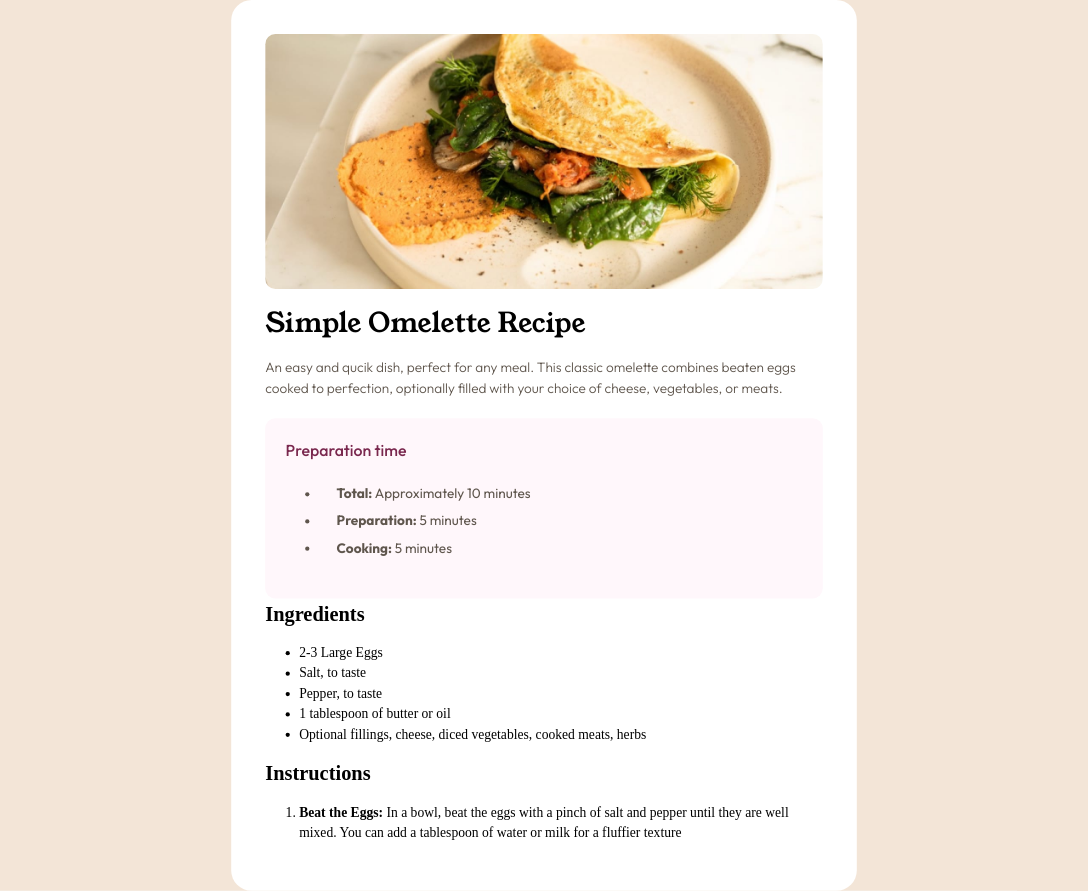
Repository: brandontaylor1/recipe-page
Page: index.html
An editor plug-in stored every save of this project. The page is shown before and after the next save, followed by the edit.
The browser window is 1280 px wide. The pictures show the whole page, at 85% of full size.

Above is the page before, as saved 2024-12-28 22:22:34.

### index.html
<!DOCTYPE html>
<html lang="en">
<head>
    <meta charset="UTF-8">
    <meta name="viewport" content="width=device-width, initial-scale=1.0">
    <link rel="preconnect" href="https://fonts.googleapis.com">
    <link rel="preconnect" href="https://fonts.gstatic.com" crossorigin>
    <link href="https://fonts.googleapis.com/css2?family=Outfit:wght@100..900&family=Young+Serif&display=swap" rel="stylesheet">
    <link rel="stylesheet" href="styles.css">
    <title>Recipe Page</title>
</head>
<body>
    <main class="container">
        <div class="recipe-card">
            <div class="recipe-title-content">
                <img src="./assets/images/image-omelette.jpeg" alt="recipe-image">
                <h1>Simple Omelette Recipe</h1>
                <p>An easy and qucik dish, perfect for any meal. This classic omelette combines beaten eggs cooked to perfection, optionally filled with your choice of cheese, vegetables, or meats. </p>
            </div>
            <div class="preparation-container">
                <h3>Preparation time</h3>
                <ul class="preparation-time">
                    <li><strong>Total:</strong> Approximately 10 minutes</li>
                    <li><strong>Preparation:</strong> 5 minutes</li>
                    <li><strong>Cooking:</strong> 5 minutes</li>
                </ul>
            </div>
            <div class="ingredients-container">
                <h2>Ingredients</h2>
                <ul class="ingredients-list">
                    <li>2-3 Large Eggs</li>
                    <li>Salt, to taste</li>
                    <li>Pepper, to taste</li>
                    <li>1 tablespoon of butter or oil</li>
                    <li>Optional fillings, cheese, diced vegetables, cooked meats, herbs</li>
                </ul>
            </div>
            <div class="instructions-container">
                <h2>Instructions</h2>
                <ol class="instructions-list">
                    <li><strong>Beat the Eggs: </strong> In a bowl, beat the eggs with a pinch of salt and pepper until they are well mixed. You can add a tablespoon of water or milk for a fluffier texture</li>

            </div>
            <div class="nutrition-container">

            </div>
        </div>


    </main>



    <script src="index.js"></script>
</body>
</html>

### styles.css
*,
*::before,
*::after {
    box-sizing: border-box;
}

body,
h1,
h2,
h3,
h4,
h5,
h6,
p,
figure,
picture {
    margin: 0;
}

body {
    line-height: 1.5;
    min-height: 100vh;
}

img,
picture {
    max-width: 100%;
    display: block;
}

input,
button,
textarea,
select {
    font: inherit;
}

@media (prefers-reduced-motion: reduce) {
    *,
    *::before,
    *::after {
      animation-duration: 0.01ms !important;
      animation-iteration-count: 1 !important;
      transition-duration: 0.01ms !important;
      scroll-behavior: auto !important;
    }
  }

  /* UTILITY CLASSES */
  /* .flex{
    display: flex;
    gap: var(--gap, 1rem);
  }

  .grid {
    display: grid;
    gap: var(--gap, 1rem);
  }

  .container {
    padding: 0 2rem;
    margin: 0 auto;
    max-width: 80rem;
  }

  .sr-only {
    position: absolute;
    width: 1px;
    height: 1px;
    padding: 0;
    margin: -1px;
    overflow: hidden;
    clip: rect(0, 0, 0, 0);
    white-space: nowrap;
    border-width: 0;
  }

  .backgroundColor {
    background-color: var(--color-rose-50);
  } */




:root {
    /* COLORS */
    --color-rose-800: #7A284E;
    --color-rose-50: #FFF7FB;

    --color-stone-900: #312E2C;
    --color-stone-600: #5F564D;
    --color-stone-150: #E3DDD7;
    --color-stone-100: #F3E5D7;

    --color-brown-800: #854632;

    --color-white: #FFFFFF;
    --color-black: #000000;

    /* FONTS */
    /* @font-face {
        font-family: "YoungSerif-Regular", sans-serif;
        src: url(./fonts/YoungSerif-Regular.ttf) format('ttf');
    }

    @font-face {
        font-family: "Outfit-SemiBold", sans-serif;
        src: url(./fonts/Outfit-SemiBold.ttf) format('ttf');
    }

    @font-face {
        font-family: "Outfit-Bold", sans-serif;
        src: url(./fonts/Outfit-Bold.ttf) format('ttf');
    }

    @font-face {
        font-family: "Outfit-Regular", sans-serif;
        src: url(./fonts/Outfit-Regular.ttf) format('ttf');
    } */

    /* FONT SIZES */
    /* --fs-h1: 9.375rem;
    --fs-h2: 1.75rem;
    --fs-h3: 1.25rem;
    --fs-p: 1rem; */

}

.container {
    display: flex;
    flex-direction: column;
    align-items: center;
    justify-content: center;
    padding: 0 2rem;
    margin: 0 auto;
    max-width: 80rem;
    background-color: var(--color-stone-100);

}

.recipe-card {
    display: flex;
    flex-direction: column;
    align-items: flex-start;
    justify-content: space-between;
    width: 736px;
    padding: 40px;
    background-color: var(--color-white);
    border-radius: 24px;

}

.recipe-card img {
    width: 100%;
    border-radius: 12px;
}

.recipe-card h1 {
    padding: 1rem 0;
    font-family: "Young Serif", sans-serif;
    font-weight: 200;
}

.recipe-title-content p {
    color: var(--color-stone-600);
    font-family: "Outfit", sans-serif;
    font-size: 16px;
    font-weight: 300;
    line-height: 24px;
}

.preparation-container {
    display: flex;
    flex-direction: column;
    align-items: flex-start;
    width: 100%;
    margin-top: 24px;
    padding: 24px;
    border-radius: 12px;;
    background-color: var(--color-rose-50);
}

.preparation-container h3 {
    font-family: "Outfit", sans-serif;
    font-weight: 500;
    color: var(--color-rose-800);
}

.preparation-container p {
    font-family: "Outfit", sans-serif;
}

.preparation-time li {
    font-family: "Outfit", sans-serif;
    color: var(--color-stone-600);
    font-size: 16px;
    font-weight: 400;
    line-height: 24px;
    margin: 8px 0;
    padding-left: 20px;
}

.preparation-time li strong {
    font-family: "Outfit", sans-serif;
    font-weight: 700;
    font-size: 16px;
    color: var(--color-stone-600);
    line-height: 24px;
}

Loaded but not shown: index.js (common file)

After the next save:
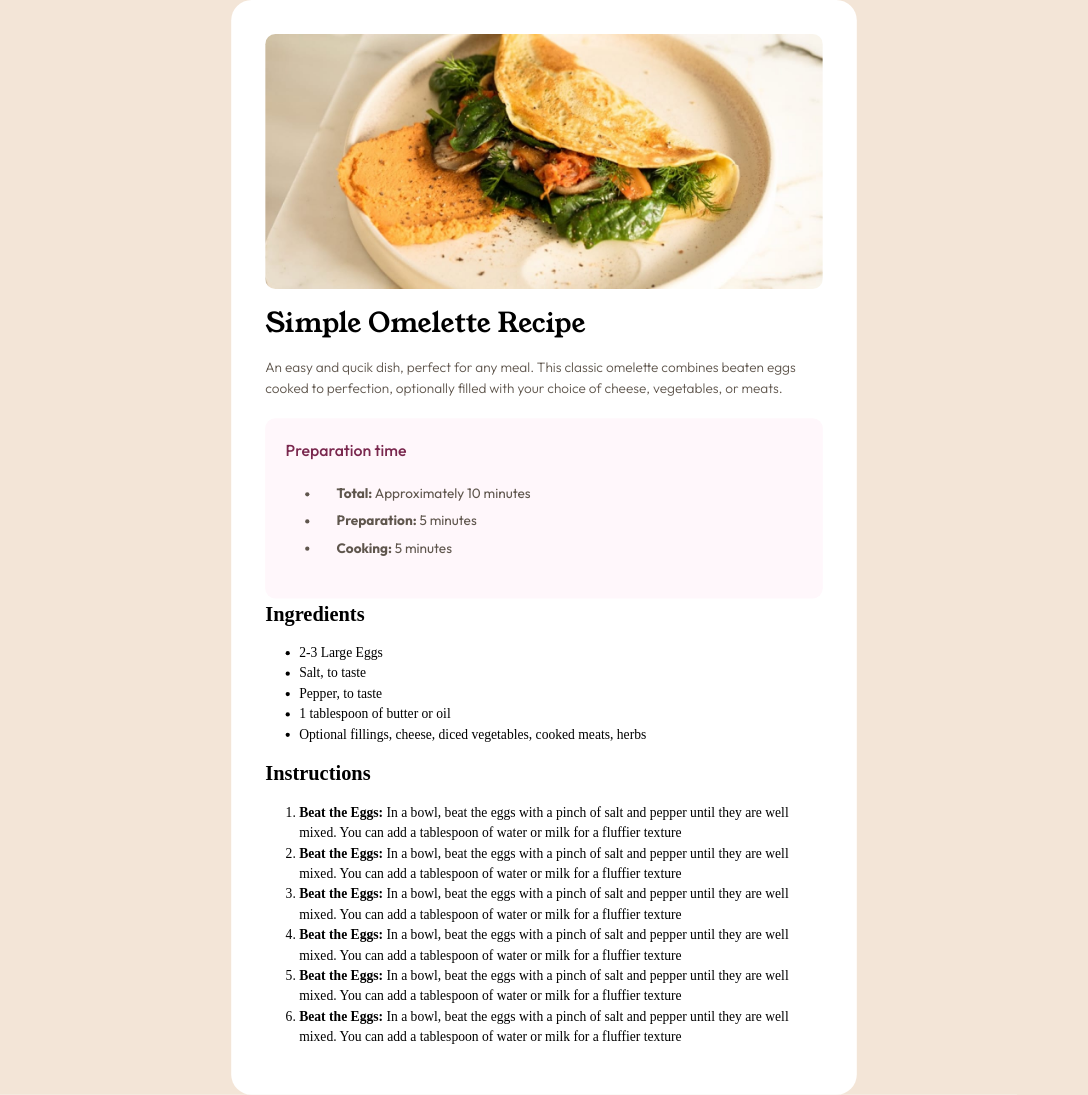
Saved 10 days later.
--- a/index.html
+++ b/index.html
@@ -39,6 +39,11 @@
                 <h2>Instructions</h2>
                 <ol class="instructions-list">
                     <li><strong>Beat the Eggs: </strong> In a bowl, beat the eggs with a pinch of salt and pepper until they are well mixed. You can add a tablespoon of water or milk for a fluffier texture</li>
+                    <li><strong>Beat the Eggs: </strong> In a bowl, beat the eggs with a pinch of salt and pepper until they are well mixed. You can add a tablespoon of water or milk for a fluffier texture</li>
+                    <li><strong>Beat the Eggs: </strong> In a bowl, beat the eggs with a pinch of salt and pepper until they are well mixed. You can add a tablespoon of water or milk for a fluffier texture</li>
+                    <li><strong>Beat the Eggs: </strong> In a bowl, beat the eggs with a pinch of salt and pepper until they are well mixed. You can add a tablespoon of water or milk for a fluffier texture</li>
+                    <li><strong>Beat the Eggs: </strong> In a bowl, beat the eggs with a pinch of salt and pepper until they are well mixed. You can add a tablespoon of water or milk for a fluffier texture</li>
+                    <li><strong>Beat the Eggs: </strong> In a bowl, beat the eggs with a pinch of salt and pepper until they are well mixed. You can add a tablespoon of water or milk for a fluffier texture</li>
 
             </div>
             <div class="nutrition-container">
